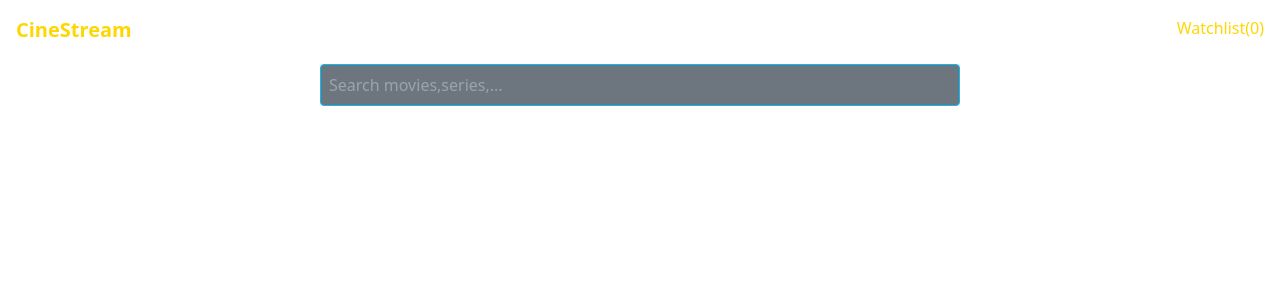
Repository: Reshmashameem31/Cine-Stream
Page: / (app in movie-project/)
These files come from the project's save history. The page is drawn as it stood at one moment and after a run of saves; the edit follows.
The browser window is 1280 px wide. The pictures show the whole page.
The project was rebuilt for these pictures with package versions that can differ from the ones it lists, and the page was loaded fresh each time. Also part of the build but not shown: movie-project/vite.config.js, movie-project/src/pages/WatchList.jsx.

Above is the page before, as saved 2025-08-15 17:41:57.

### movie-project/src/App.jsx
import {BrowserRouter,Routes,Route} from 'react-router-dom'

import { useState } from 'react'
import Navbar from './pages/Navbar'
import Watchlist from './pages/WatchList'
import Home from './pages/Home'
function App() {
  const [count, setCount] = useState(0)

  return (

    <BrowserRouter>

    <Navbar/>
    <Routes>
      <Route path='/' element={<Home/>}></Route>
        <Route path='/watchlist' element={<Watchlist/>}></Route>
    </Routes>
    </BrowserRouter>
  )
}

export default App

### movie-project/src/pages/Navbar.jsx
import React from 'react'
import { Link } from 'react-router-dom'

const Navbar = () => {
  return (
    <nav className='p-4 bg-[#E] text-[#FFD700]  flex justify-between fixed w-full top-0'>
      <Link to="/" className='font-bold text-xl hover:text-[#00E5FF] '>CineStream</Link>
      <Link to="/watchlist" className='text-l hover:text-[#00E5FF]'>Watchlist(0)</Link>
    </nav>
  )
}

export default Navbar

### movie-project/src/pages/Home.jsx
import React from 'react'

const Home = () => {
  return (
    <div className='p-4 pt-16 '>
        <input type='text' placeholder='Search movies,series,...'
         className='p-2 w-3/4 md:w-1/2 border rounded border-[#00BFFF]
          bg-[#0D1B2A] bg-opacity-60 backdrop-blur-md text-white fixed  left-1/4  top-16' />
        <div className='movies-container'></div>
        <div className='pagination-container'></div>

    </div>
  )
}

export default Home

Loaded but not shown: movie-project/index.html (common file); movie-project/src/main.jsx (common file); movie-project/src/index.css (common file); movie-project/tailwind.config.js (common file)

After the next 2 saves:
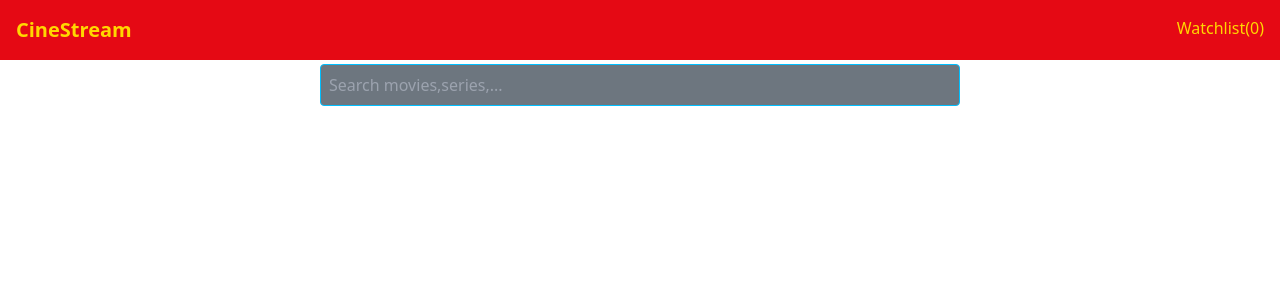
The 2 saves are shown as one change because they came seconds apart.
The last was saved 5 s later.
--- a/movie-project/src/pages/Navbar.jsx
+++ b/movie-project/src/pages/Navbar.jsx
@@ -3,7 +3,7 @@ import { Link } from 'react-router-dom'
 
 const Navbar = () => {
   return (
-    <nav className='p-4 bg-[#E] text-[#FFD700]  flex justify-between fixed w-full top-0'>
+    <nav className='p-4 bg-[#E50914] text-[#FFD700]  flex justify-between fixed w-full top-0'>
       <Link to="/" className='font-bold text-xl hover:text-[#00E5FF] '>CineStream</Link>
       <Link to="/watchlist" className='text-l hover:text-[#00E5FF]'>Watchlist(0)</Link>
     </nav>
